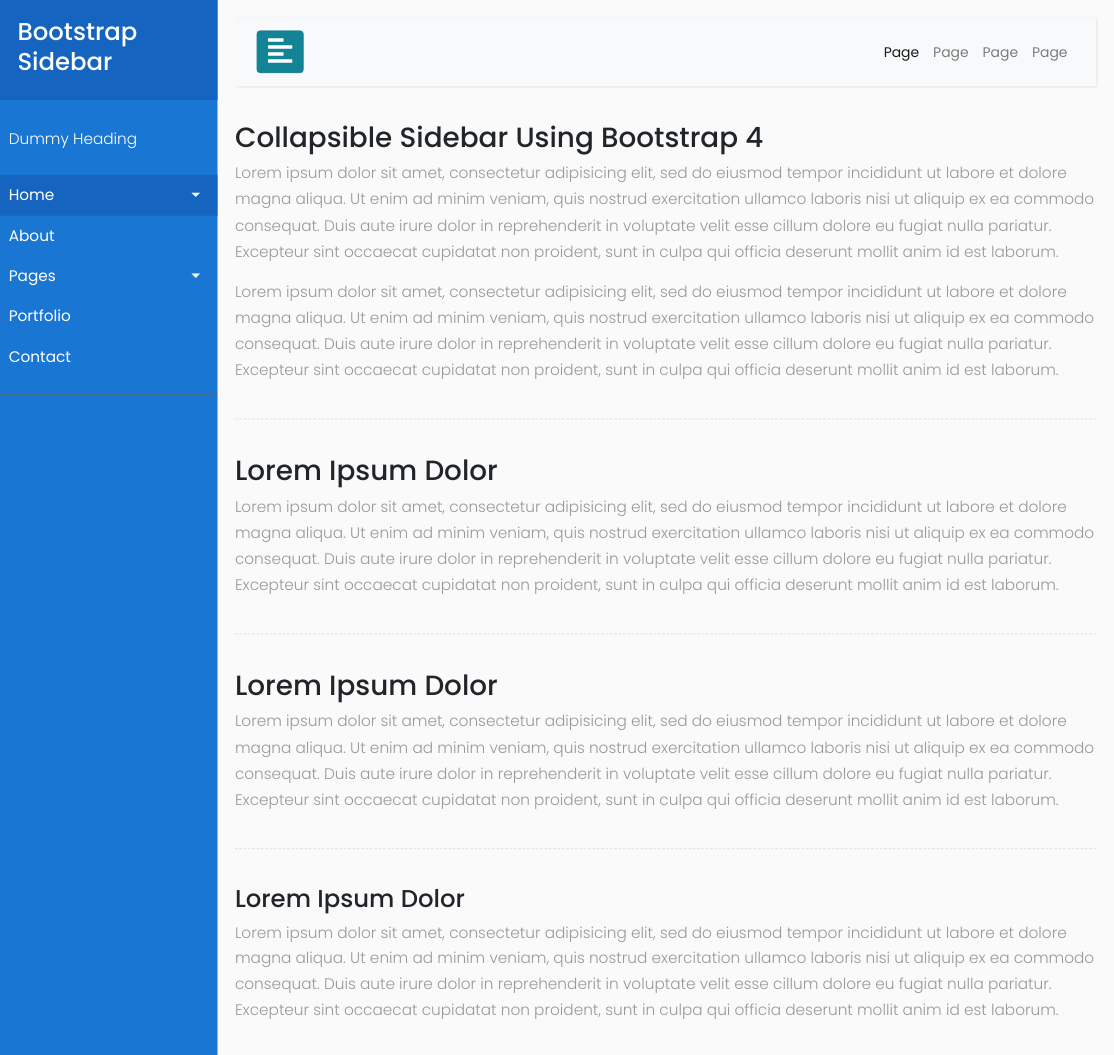
Repository: thiagosfideles/aprendendo-git
Page: http://localhost/
The author's editor kept a record of every edit. The page is drawn from the files as they stood at one moment, then again after the next edit.
The browser window is 1280 px wide. The pictures show the whole page, at 87% of full size.
The pointer rests on the first visible `.btn-info`.
Some web libraries are served in a nearby version. The page is run by PHP 8.4 with error messages shown; the project is at /var/www/html/.

Above is the page before.

After the next edit:
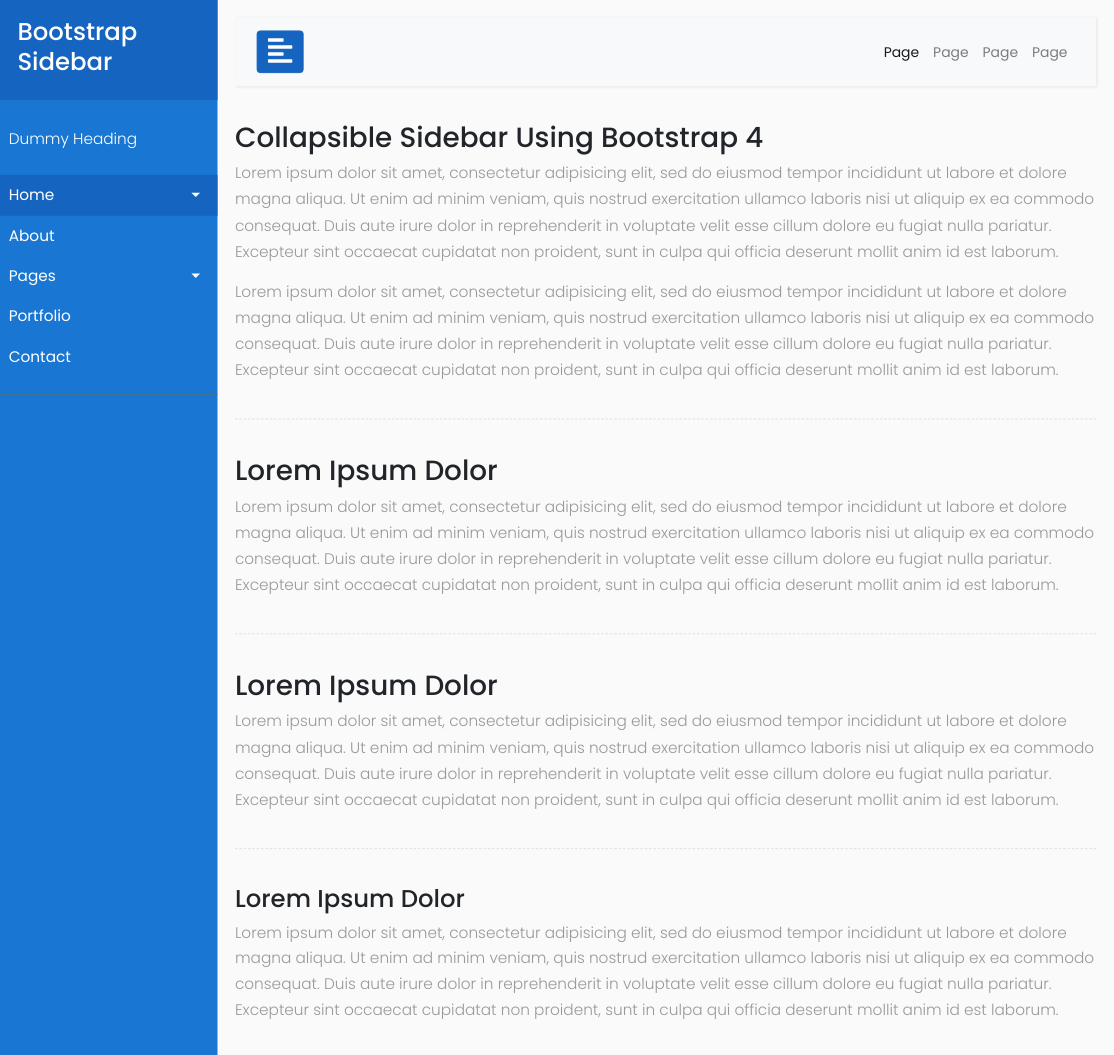
The edit:
--- a/css/style.css
+++ b/css/style.css
@@ -174,6 +174,6 @@
 }
 
 .btn-info:hover {
-  background-color: #138496;
-  border-color: #117a8b;
+  background-color: #1565c0;
+  border-color: #1565c0;
 }
